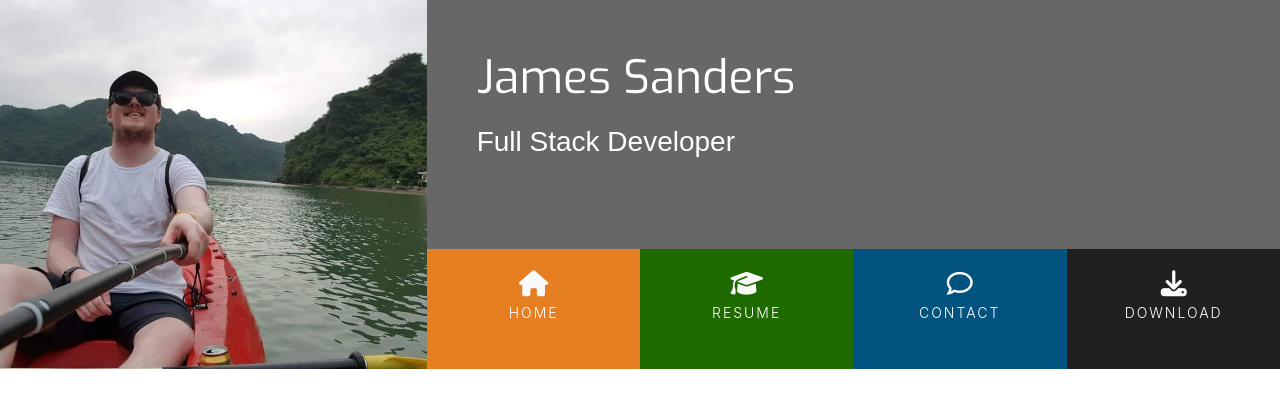
Repository: JaySanders95/my-online-resume
Page: index.html
These files come from the project's save history. The page is drawn as it stood at one moment and after the next save; the edit follows.
The browser window is 1280 px wide. The pictures show the whole page.
Some web fonts or font styles are not loaded; a fallback is used. Some web libraries are served in a nearby version.

Above is the page before, as saved 2023-04-19 17:28:29.

### index.html
<!DOCTYPE html>
<html lang="en">
<head>
    <meta charset="UTF-8">
    <meta http-equiv="X-UA-Compatible" content="IE=edge">
    <meta name="viewport" content="width=device-width, initial-scale=1.0">
    <link rel="stylesheet" href="https://cdn.jsdelivr.net/npm/@fortawesome/fontawesome-free@6.2.1/css/fontawesome.min.css" integrity="sha384-QYIZto+st3yW+o8+5OHfT6S482Zsvz2WfOzpFSXMF9zqeLcFV0/wlZpMtyFcZALm" crossorigin="anonymous">
    <link rel="stylesheet" href="https://cdn.jsdelivr.net/npm/bootstrap@4.6.2/dist/css/bootstrap.min.css" integrity="sha384-xOolHFLEh07PJGoPkLv1IbcEPTNtaed2xpHsD9ESMhqIYd0nLMwNLD69Npy4HI+N" crossorigin="anonymous">
    <link rel="stylesheet" href="assets/css/style.css">
    <link rel="stylesheet" href="https://cdnjs.cloudflare.com/ajax/libs/hover.css/2.3.1/css/hover-min.css" integrity="sha512-csw0Ma4oXCAgd/d4nTcpoEoz4nYvvnk21a8VA2h2dzhPAvjbUIK6V3si7/g/HehwdunqqW18RwCJKpD7rL67Xg==" crossorigin="anonymous" referrerpolicy="no-referrer" />
    <title>James Sanders' Resume</title>
</head>
<body>
    <header>
        <div class="row no-gutters">
            <a href="index.html" class="col-md-4 logo">

            </a>
            <div class="col-md-8">
                <div class="row bg-color-name-title no-gutters">
                    <div class="col heading">
                        <h1 class="name">James Sanders</h1>
                        <h2 class="title">Full Stack Developer</h2>

                    </div>
                </div>
                <div class="row no-gutters">
                    <div class="col">
                        <ul id="nav" class="list-inline menucontainer">
                            <li class="col-6 col-sm-3 ui-menu-color-home list-inline-item menuitem">
                                <a href="#" class="hvr-sweep-to-bottom"><i class="fa fa-home" aria-hidden="true"></i><span>Home</span></a>
                            </li>
                            <li class="col-6 col-sm-3 ui-menu-color-resume list-inline-item menuitem">
                                <a href="#" class="hvr-sweep-to-bottom"><i class="fa fa-graduation-cap" aria-hidden="true"></i><span>Resume</span></a>
                            </li>
                            <li class="col-6 col-sm-3 ui-menu-color-contact list-inline-item menuitem">
                                <a href="#" class="hvr-sweep-to-bottom"><i class="fa fa-comment-o" aria-hidden="true"></i><span>Contact</span></a>
                            </li>
                            <li class="col-6 col-sm-3 ui-menu-color-download list-inline-item menuitem">
                                <a href="#" class="hvr-sweep-to-bottom"><i class="fa fa-download" aria-hidden="true"></i><span>Download</span></a>
                            </li>
                        </ul>
                    </div>
                </div>
            </div>
        </div>
    </header>
    <section>

    </section>
    <footer>

    </footer>
    <script src="https://kit.fontawesome.com/c80cd6a143.js" crossorigin="anonymous"></script>
</body>
</html>

### assets/css/style.css
@import url('https://fonts.googleapis.com/css2?family=Anuphan:100,200,300,400,500,600,700wght@300&family=Exo:100,200,300,400,500,600,700ital,wght@1,300&display=swap');


/* ------- Colours ---------*/

.bg-color-name-title {
    background-color:#676767;
}


.ui-menu-color-home {
    background-color: #e67e22;
}

.ui-menu-color-resume {
    background-color: #1e6900;
}

.ui-menu-color-contact {
    background-color: #035381;
}

.ui-menu-color-download {
    background-color: #202020;
}


/* ------- Headers ---------*/
header {
    margin: 0;
}

.heading {
    margin-left: 50px;
}

.logo {
    background: url(../images/me.png);
    background-position: center;
    background-repeat: no-repeat;
    background-size: cover;
    min-height: 360px;
    transition: all .5s ease-in-out;
    -moz-transition: all .5s ease-in-out;
    -webkit-transition: all .5s ease-in-out;
}

.name {
    font-family: 'Exo', sans-serif;
    font-weight: 100;
    font-size: 46px;
    margin-top: 50px;
    color: #fff;
}

.title {
    font-family: 'Anuphan', sans-serif;
    font-weight: 200;
    font-size: 28px;
    margin-top: 20px;
    margin-bottom: 90px;
    color: #fff;
}

.list-inline-item:not(:last-child) {
    margin: 0;
}

.menucontainer {
    font-size: 0;
}

#nav li {
    font-size: 14px;
    padding: 0;
}

#nav {
    margin: 0;
}

.menuitem {
    height: 120px;
    text-align: center;
    padding: 0;

}

.menuitem a {
    width: 100%;
    text-decoration: none;
    color: #fff;
    height: 120px;
}

.menuitem a i {
    display: block;
    padding-top: 22px;
    color: #fafafa;
    font-size: 26px;
}

.menuitem span {
    display: block;
    width: 100%;
    padding-top: 5px;
    text-align: center;
    text-transform: uppercase;
    font-size: 14px;
    font-weight: 300;
    letter-spacing: 2px;
}

/* ------- Hover.css ---------*/

.hvr-sweep-to-bottom:before {
    background: rgba(0, 0, 0, 0.2) !important;
    height: 120px;

}

After the next save:
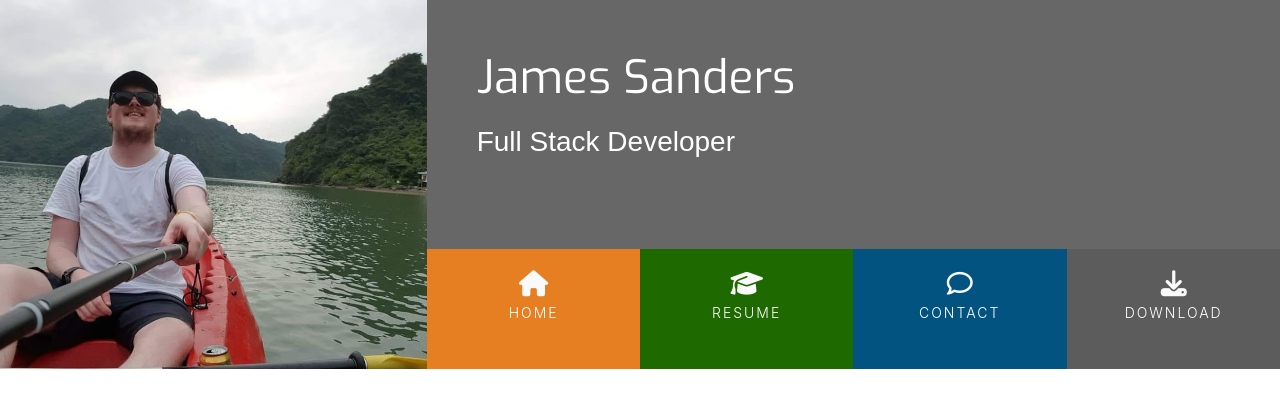
Saved 35 s later.
--- a/assets/css/style.css
+++ b/assets/css/style.css
@@ -21,7 +21,7 @@
 }
 
 .ui-menu-color-download {
-    background-color: #202020;
+    background-color: #5c5c5c;
 }
 
 
